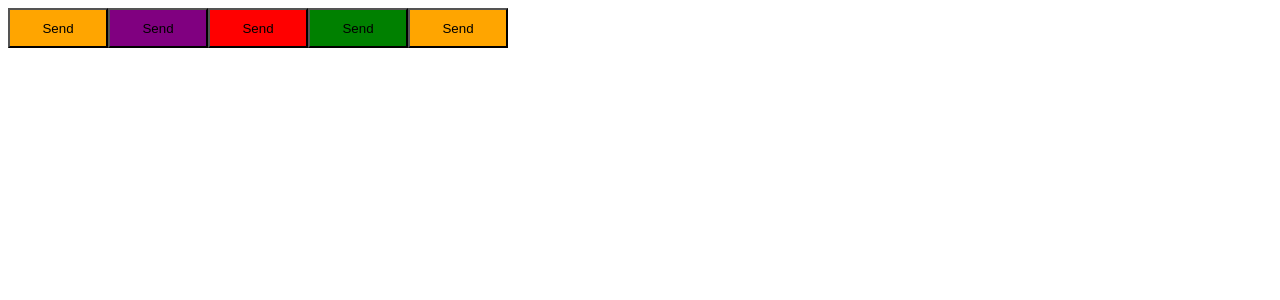
Repository: JoseGu1llardi/ignite-timer
Page: /
The author's editor kept a copy of each file at every save. The page is drawn from the files as they stood at one save, then again after the next save.
The browser window is 1280 px wide. The pictures show the whole page.
The project was rebuilt for these pictures with package versions that can differ from the ones it lists, and the page was loaded fresh each time. Also part of the build but not shown: vite.config.ts.

Above is the page before, as saved 2023-03-17 19:25:04.

### index.html
<!DOCTYPE html>
<html lang="en">
  <head>
    <meta charset="UTF-8" />
    <meta name="viewport" content="width=device-width, initial-scale=1.0" />
    <title>Ig-Timer</title>
  </head>
  <body>
    <div id="root"></div>
    <script type="module" src="/src/main.tsx"></script>
  </body>
</html>

### src/App.tsx
import { ThemeProvider } from "styled-components";
import { defaultTheme } from "./styles/themes/default";

import { Button } from "./components/Button";

export function App() {
  return (
    <ThemeProvider theme={defaultTheme}>
      <Button variant="primary" />
      <Button variant="secondary" />
      <Button variant="danger" />
      <Button variant="success" />
      <Button />
    </ThemeProvider>
  )
}

### src/styles/themes/default.ts
export const defaultTheme = {
    primary: "purple",
    secondary: "orange",
}

### src/components/Button.tsx
import { ButtonContainer, ButonVariant } from './Button.syles';

interface ButtonProps {
    variant?: ButonVariant
}

export function Button({ variant = 'primary' }: ButtonProps) {
    return <ButtonContainer variant={variant} >Send</ButtonContainer>
}

### src/components/Button.syles.ts
import styled, { css } from "styled-components";

export type ButonVariant = "primary" | "secondary" | "danger" | "success";

interface ButtonContainerProps {
  variant: ButonVariant;
}

const buttonVariants = {
  primary: "orange",
  secondary: "purple",
  danger: "red",
  success: "green",
}

export const ButtonContainer = styled.button<ButtonContainerProps>`
  width: 100px;
  height: 40px;

  ${({ variant }) => css`
    background: ${buttonVariants[variant]}
  ` }
`;

Loaded but not shown: src/main.tsx (common file)

After the next save:
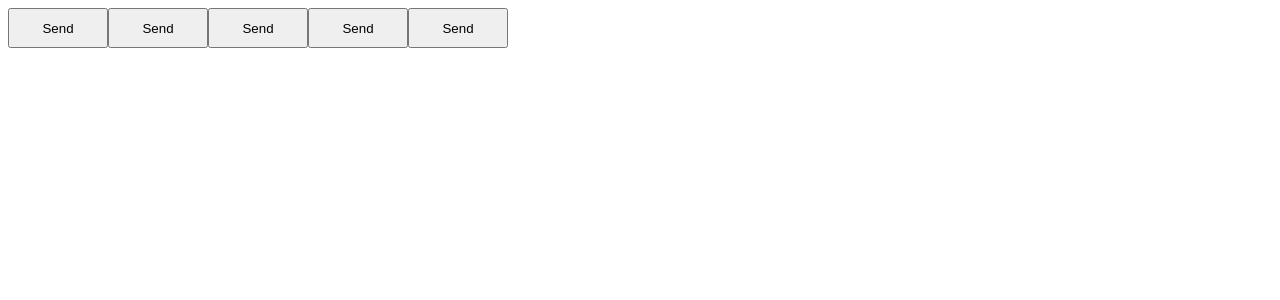
Saved 74 s later.
--- a/src/components/Button.syles.ts
+++ b/src/components/Button.syles.ts
@@ -17,7 +17,7 @@
   width: 100px;
   height: 40px;
 
-  ${({ variant }) => css`
+  /* ${({ variant }) => css`
     background: ${buttonVariants[variant]}
-  ` }
+  ` }  */
 `;
